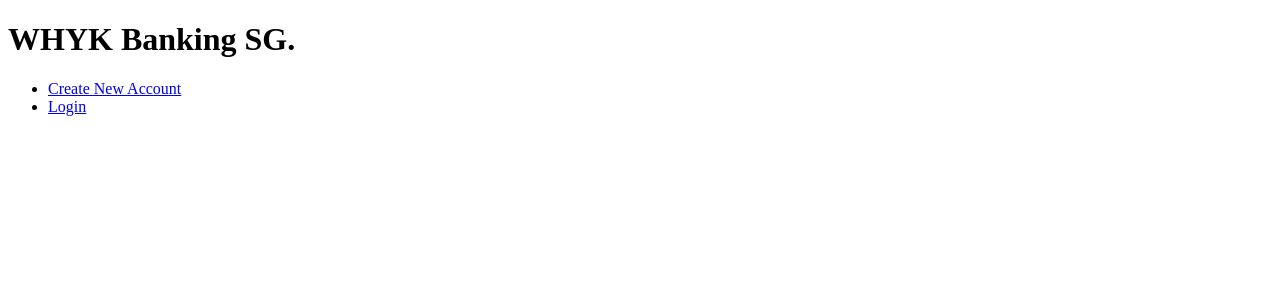
Repository: LingWenXing/java-fundamentals
Page: BankApplicationSystem/src/main/webapp/index.html
The author's editor kept a copy of each file at every save. The page is drawn from the files as they stood at one save, then again after the next save.
The browser window is 1280 px wide. The pictures show the whole page.

Above is the page before, as saved 2022-04-15 04:11:15.

After the next save:
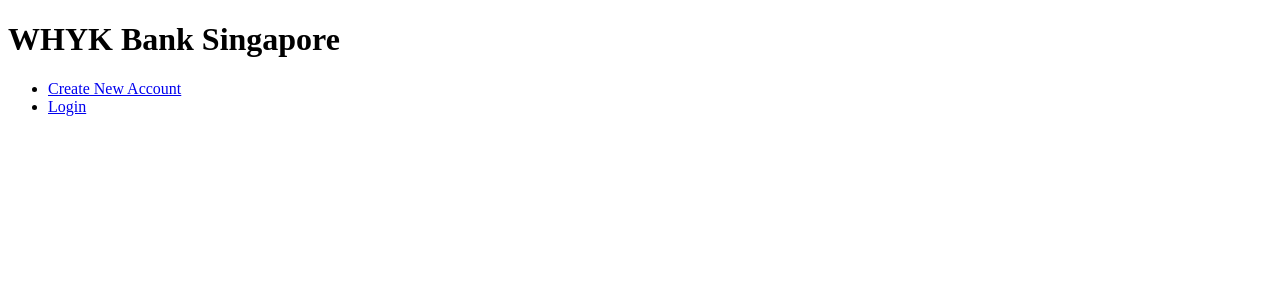
Saved 108 s later.
--- a/BankApplicationSystem/src/main/webapp/index.html
+++ b/BankApplicationSystem/src/main/webapp/index.html
@@ -2,13 +2,13 @@
 <html>
 <head>
 <meta charset="ISO-8859-1">
-<title>WHYK Banking | SG.</title>
+<title>WHYK Bank | Singapore.</title>
 </head>
 <body>
 	<header>
 		<div>
 			<div>
-				<h1><span>WHYK</span> Banking SG.</h1>
+				<h1><span>WHYK</span> Bank Singapore</h1>
 			</div>
 			<nav>
 				<ul>
